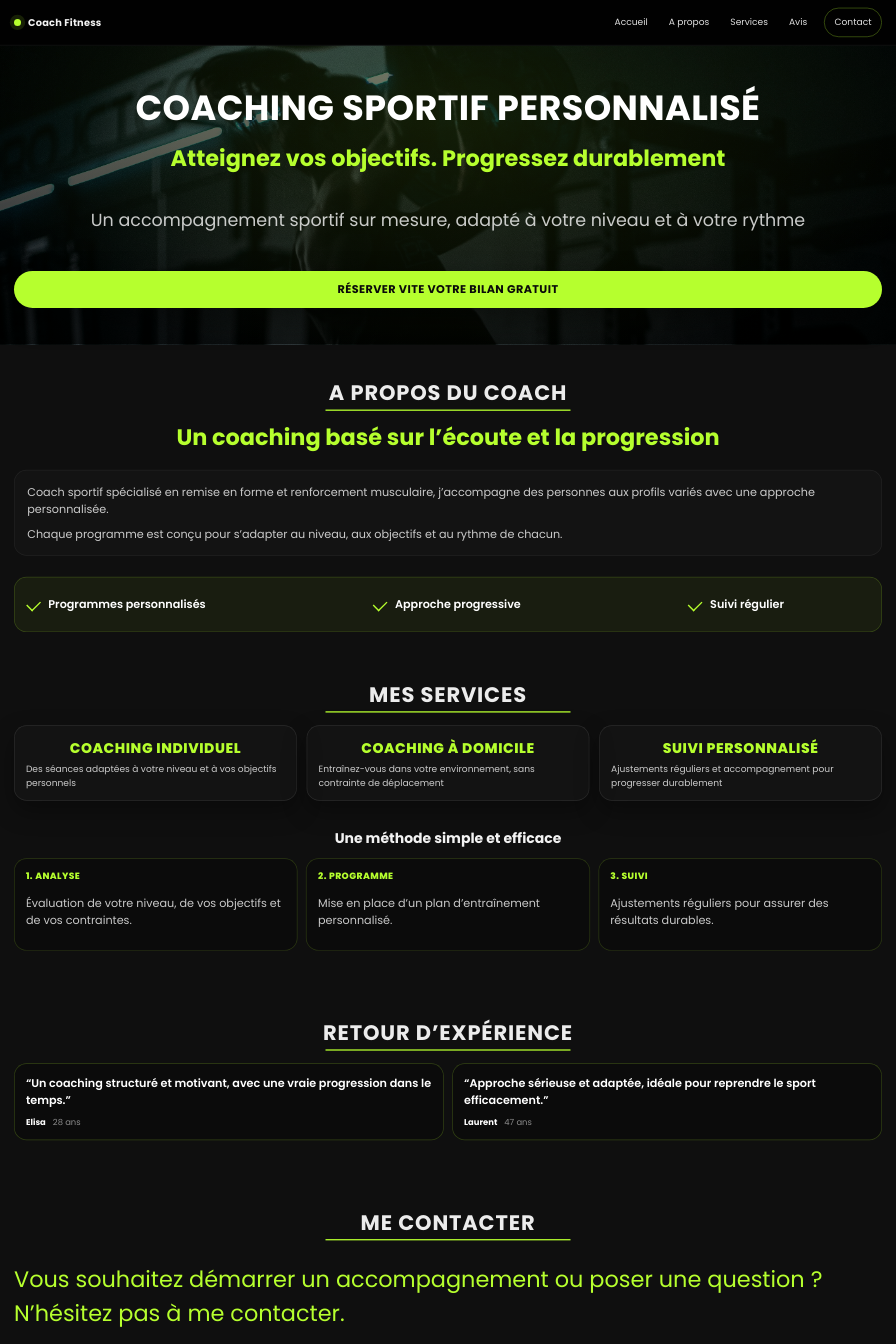
Repository: ThomasHdrd/CoachFitness
Page: index.html
The author's editor kept a copy of each file at every save. The page is drawn from the files as they stood at one save, then again after the next save.
The browser window is 1280 px wide. The pictures show the part of the page from y = 0 to 1920 px (the page is 3142 px tall before and 3132 px after), at 70% of full size.

Above is the page before, as saved 2026-01-20 22:26:28.

After the next save:
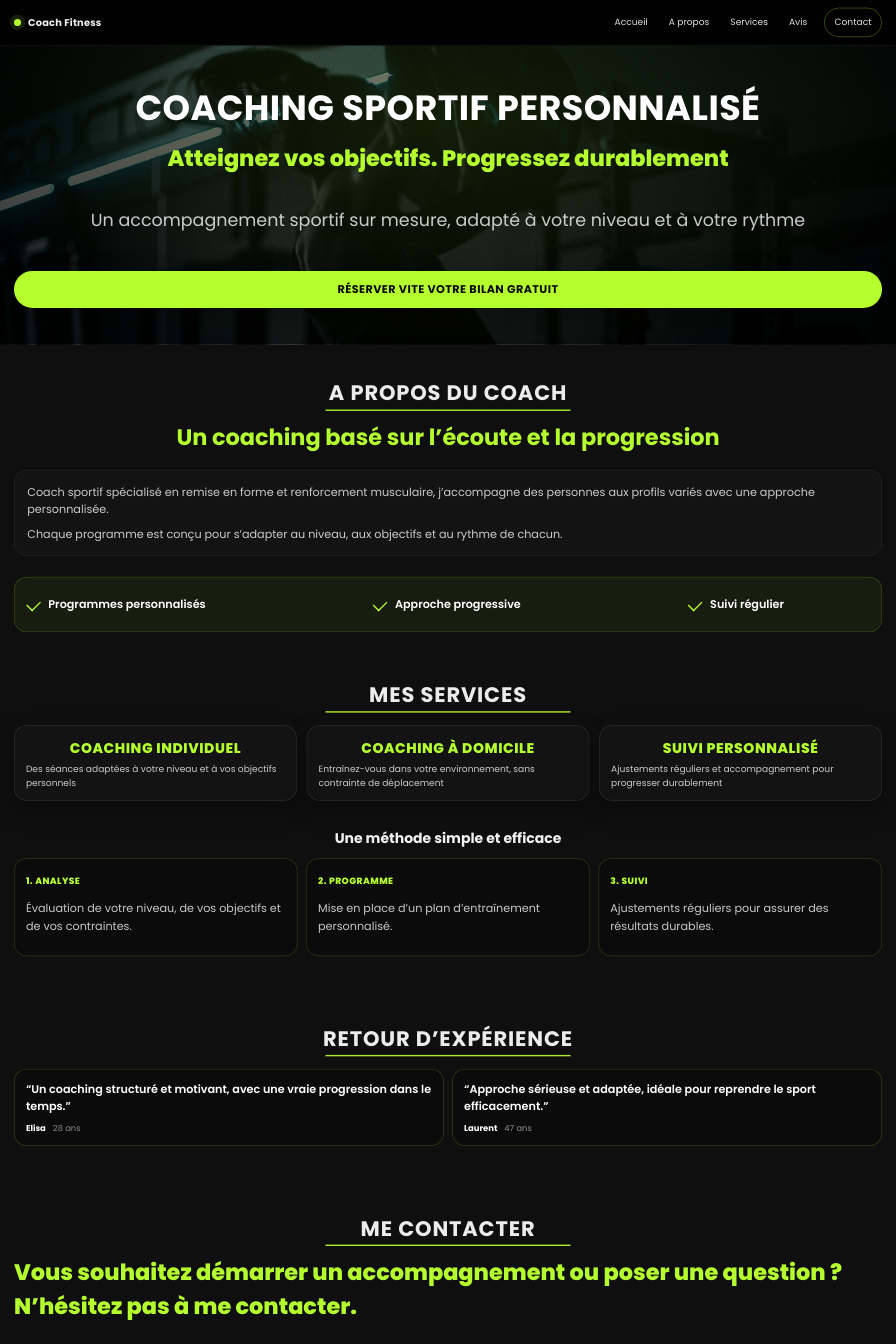
Saved 6 s later.
--- a/styles.css
+++ b/styles.css
@@ -153,8 +153,8 @@
   margin: 0 auto;
   margin:0 0 10px;
 }
-.section-lead .accent{
-  font-size: 50px;
+.accent{
+  font-size: 0px;
   display:block;
   color: var(--accent);
   font-weight: 800;

After the save that followed:
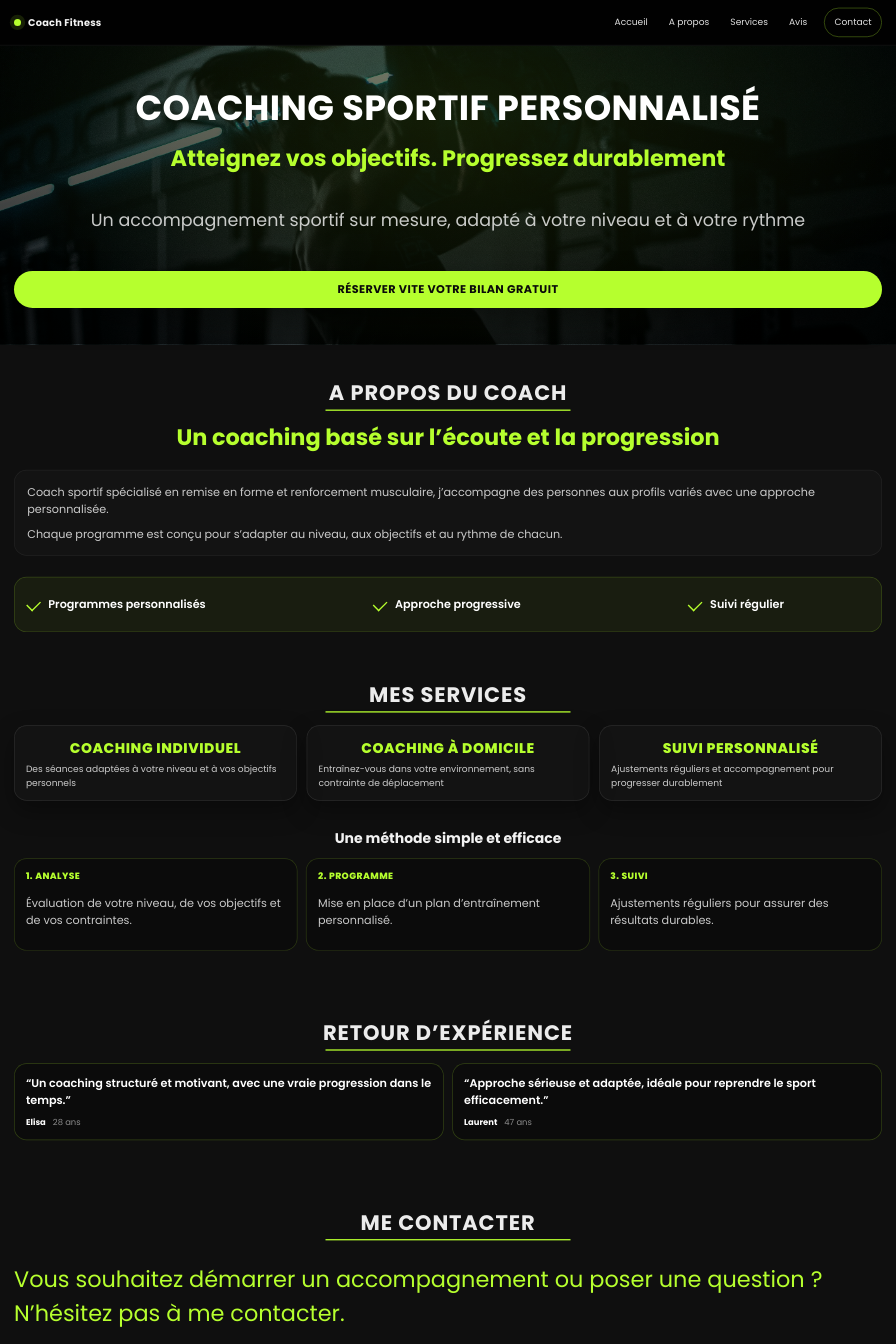
Saved 16 s later.
--- a/styles.css
+++ b/styles.css
@@ -153,7 +153,7 @@
   margin: 0 auto;
   margin:0 0 10px;
 }
-.accent{
+.section-lead .accent{
   font-size: 0px;
   display:block;
   color: var(--accent);
